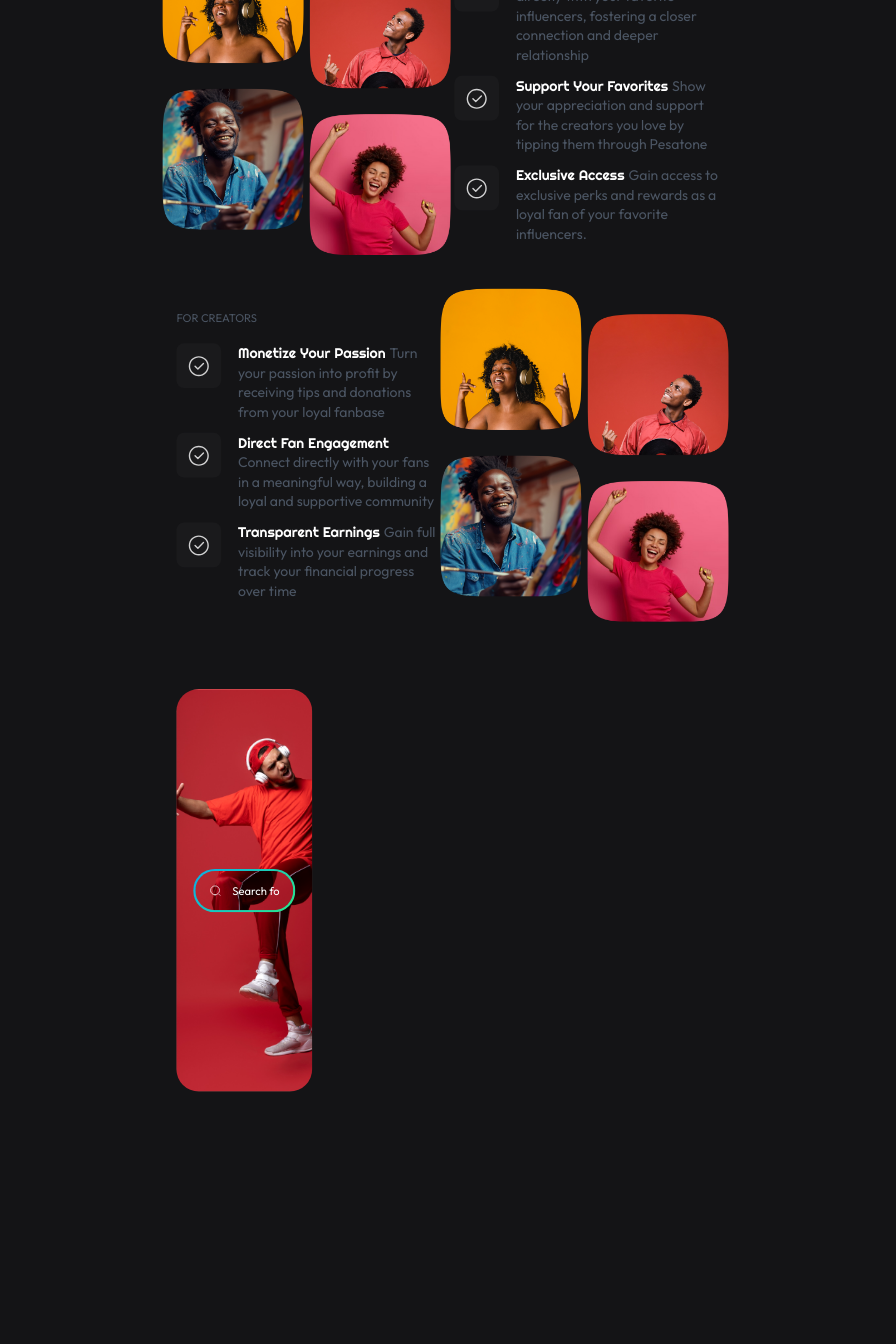
Repository: felixdusengimana/capstone-project-mirror
Page: / (app in frontend/)
An editor plug-in stored every save of this project. The page is shown before and after the next save, followed by the edit.
The browser window is 1280 px wide. The pictures show the part of the page from y = 2035 to 3955 px (the page is 3955 px tall), at 70% of full size.
The project was rebuilt for these pictures with package versions that can differ from the ones it lists, and the page was loaded fresh each time. The framework's server and built-in components were replaced by stand-ins that run in the browser. Also part of the build but not shown: frontend/next.config.mjs.

Above is the page before, as saved 2024-03-11 16:29:58.

After the next save:
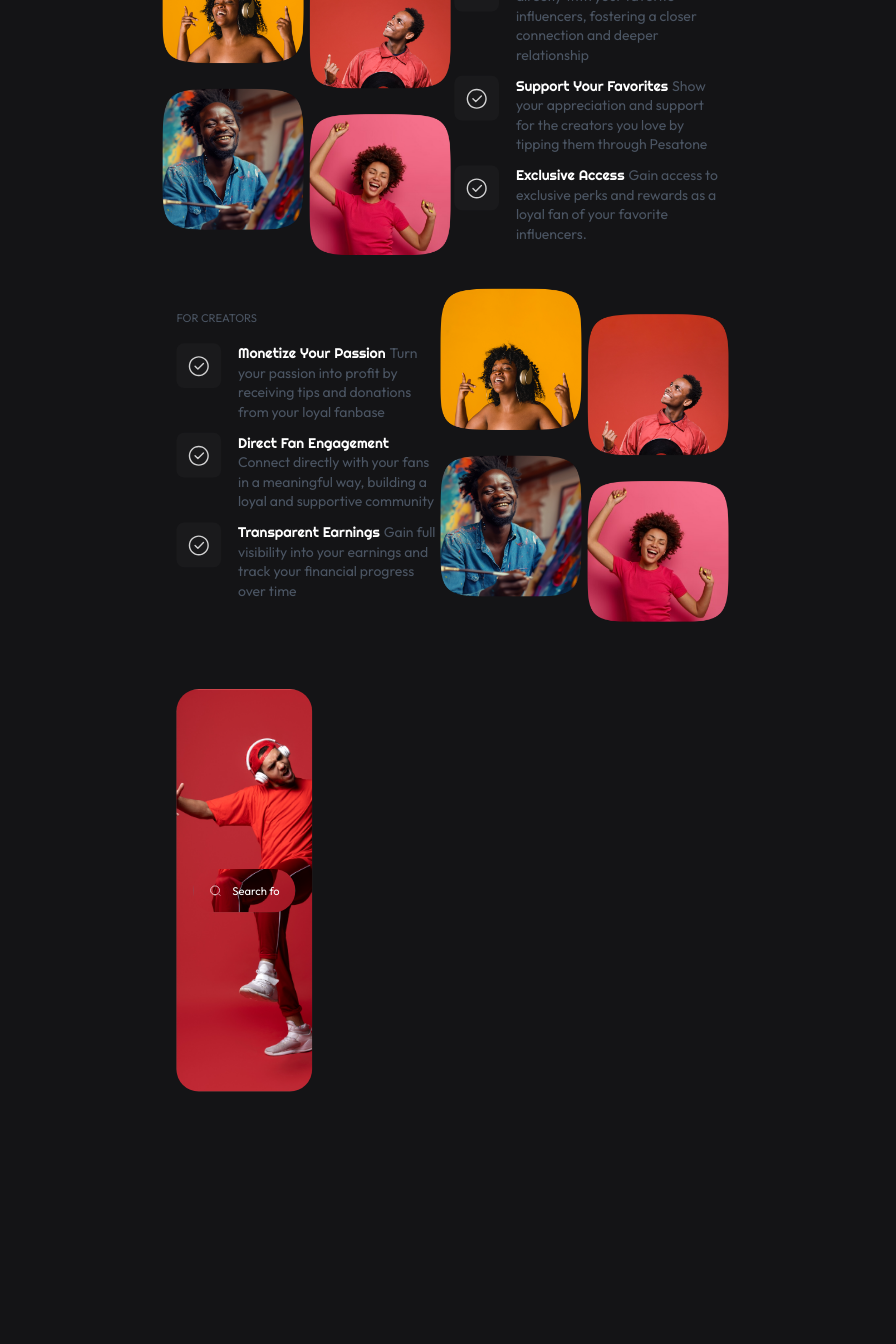
Saved 26 s later.
--- a/frontend/app/globals.css
+++ b/frontend/app/globals.css
@@ -41,6 +41,6 @@ body {
   border: 3px solid transparent;
   border-radius: 50px;
   background:
-    url(/creator-bg.png) padding-box center,
+    url(/creator-bg.png) no-repeat center center,
     linear-gradient(-45deg, #2ae88a 0%, #08aeea 100%) border-box;
 }

After the 2 saves that followed:
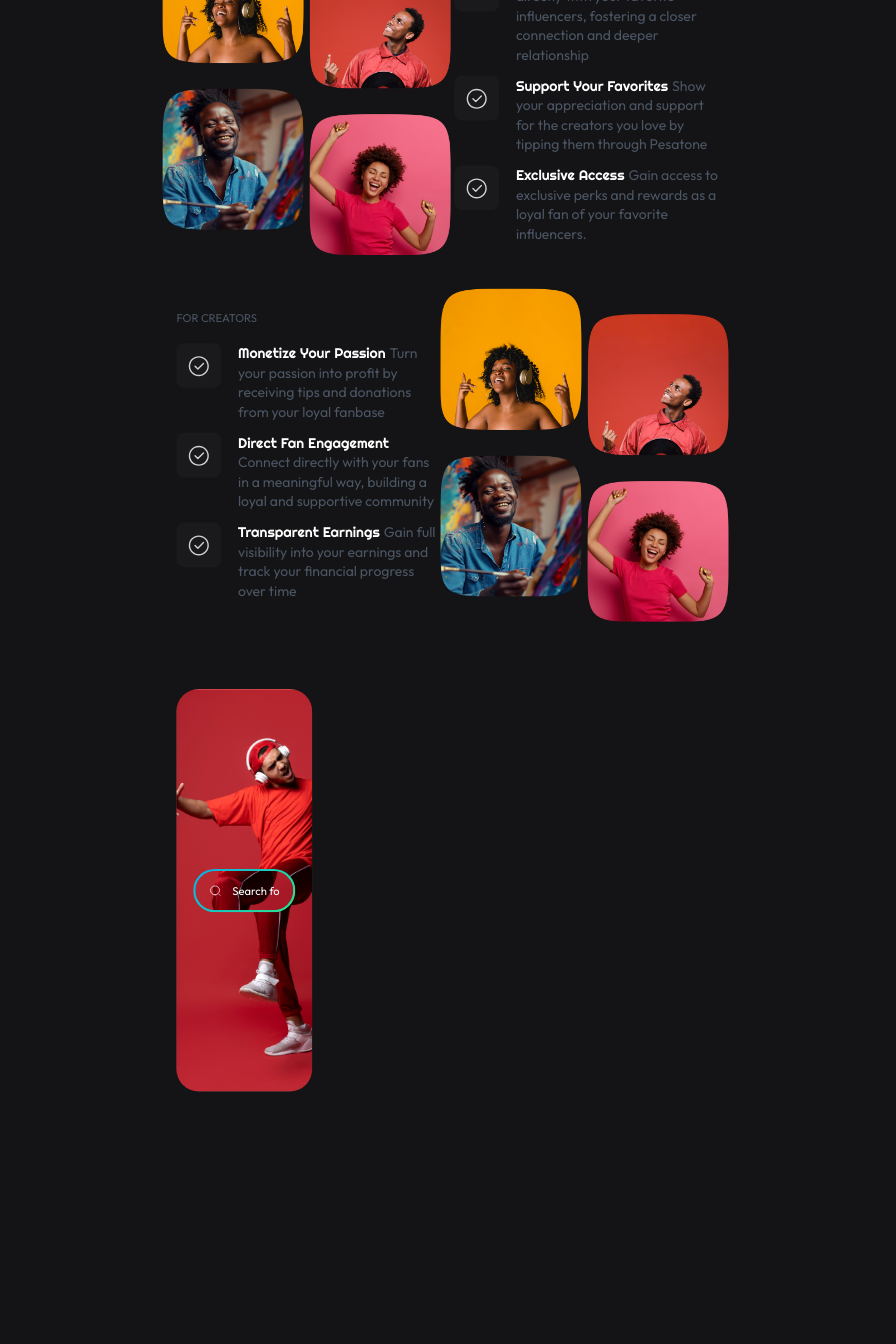
The 2 saves are shown as one change because they came seconds apart.
The last was saved 10 s later.
--- a/frontend/app/globals.css
+++ b/frontend/app/globals.css
@@ -41,6 +41,6 @@ body {
   border: 3px solid transparent;
   border-radius: 50px;
   background:
-    url(/creator-bg.png) no-repeat center center,
+    url(/creator-bg.png) padding-box center,
     linear-gradient(-45deg, #2ae88a 0%, #08aeea 100%) border-box;
 }
